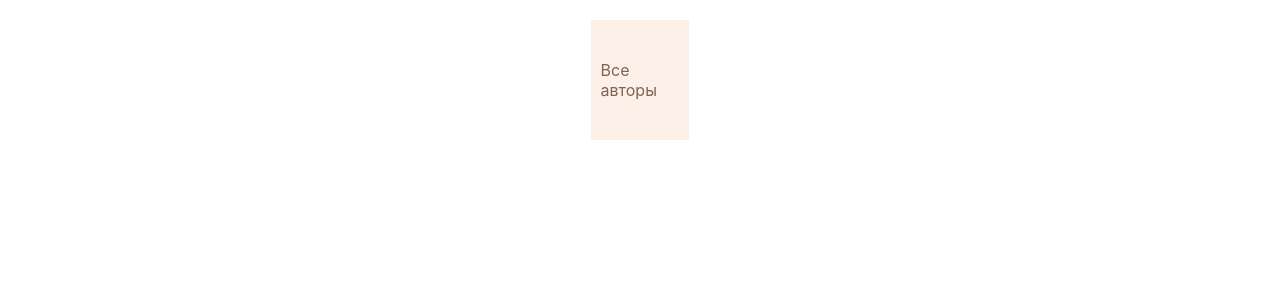
Repository: MiroslavWise/test-gallery
Page: /
These files come from the project's save history. The page is drawn as it stood at one moment and after the next save; the edit follows.
The browser window is 1280 px wide. The pictures show the whole page.
The page's requests for data from a server got no answer. The project was rebuilt for these pictures with package versions that can differ from the ones it lists, and the page was loaded fresh each time. No one was signed in, and anything a server would have sent is missing.

Above is the page before, as saved 2022-06-22 18:41:55.

### src/index.scss
$mediaDesctop: 1368px;
$mediaMobile: 1024px;

body {
  margin: 0;
  font-family: -apple-system, BlinkMacSystemFont, 'Segoe UI', 'Roboto', 'Oxygen',
    'Ubuntu', 'Cantarell', 'Fira Sans', 'Droid Sans', 'Helvetica Neue',
    sans-serif;
  -webkit-font-smoothing: antialiased;
  -moz-osx-font-smoothing: grayscale;
  display: flex;
  flex-direction: row;
  justify-content: center;
  padding-top: 20px;
}

code {
  font-family: source-code-pro, Menlo, Monaco, Consolas, 'Courier New',
    monospace;
}

.container_gallery{
  display: flex;
  flex-direction: column;
  width: 90%;
  margin: 0 5%;
  background-color: #FDF0E9;
  height: 100%;
}

.filter_buttons{
  display: inherit;
  flex-direction: row;
  flex-wrap:wrap;
  justify-content: center;
  margin: 30px 0;
}
.button{
  padding: 10px;
  color: #7F6454;
}
.container_photos{
  display: inherit;
  border-radius: 10px;
  align-items: center;
  color: black;
  flex-wrap:wrap;
  justify-content:center;
  overflow: hidden;
}

.item_photo{
  border-radius: 10px;
  margin: 15px;
  width: 370px;
  height: 416px;
  position: relative;
}
  .centered {
    padding: 5px;
    border-radius: 7px;
    background-color: rgba(white, 0.3);
    position: absolute;
    top: 70%;
    left: 5%;
    overflow: hidden;
    // transform: translate(-50%);
}
.description{
    padding: 5px;
    border-radius: 7px;
    background-color: rgba(white, 0.3);
    position: absolute;
    margin:0 5%;
    top: 80%;

    // transform: translate(-50%, -50%);
}
.active {
  box-shadow:1 ;
}


@media (max-width: $mediaMobile){
  .container_gallery{
    display: flex;
  flex-direction: column;
  width: 370px;
  margin: 0 10px 10px;
    background-color: red;
  }
 .container_photos{
  flex-wrap: nowrap;
  flex-direction: column;
 }

}

### src/App.js
import { useEffect, useState } from 'react';
import axios from 'axios'
import {PhotoGallery} from './Gallery/PhotoGallery'

function App() {
  const [albums, setAlbums] = useState([])
  const [page, setPage] = useState(1)
  console.log(albums)
  useEffect(()=>{
    axios.get(`https://api.unsplash.com/photos?page=${page}&per_page=9`,
      {
        headers:{
          Authorization: 'Client-ID nzS8A2gg-qkb_Rkk3GWVF3hqC_1-DYO7CnaOCsShYSU'
        }

      }
    )
      .then(data => {
        setAlbums([...albums ,...data?.data])
      })
      .catch(e=>{console.warn(e)})
  }, [page])

  const getPage = () => {
    setPage(page + 1)
  }
  return (
   <>
    <PhotoGallery albums={albums} getPage={getPage}/>
   </>
  );
}

export default App;

### src/Gallery/PhotoGallery.jsx
import React from 'react'

const PhotoGallery = ({albums, getPage}) => {
        const style =(img)=> {
                return{
                        backgroundImage: `url(${img})`,
                        backgroundSize: 'cover',
                        backgroundRepeat: 'no-repeat'
                }

        }
        return(
                <div className='container_gallery'>
                        <div className='filter_buttons'>
                        <div className='button'>Все авторы</div>
                                {
                                        albums.map(({user}) => {
                                                return<div className='button'>{user?.username}</div>
                                        })
                                }
                        </div>
                        <div className='container_photos'>
                                {
                                        albums.map((item, i)=>{
                                                if (i === albums?.length - 1) return <>
                                                        <div key={item?.id} className='item_photo' style={style(item?.urls?.small)}>
                                                                <div className="centered">{item?.user?.username}</div>
                                                                <div className="description">{item?.user?.bio}</div>
                                                        </div>
                                                        <div className='item_photo' onClick={getPage}>
                                                                More About
                                                        </div>
                                                </>
                                                return <div key={item?.id} className='item_photo' style={style(item?.urls?.small)}>
                                                        <div className="centered">{item?.user?.username || item?.user?.bio}</div>
                                                        <div className="description">{item?.user?.bio}</div>
                                                </div>
                                        }
                                        )
                                }
                        </div>
                </div>
        )
}

export {PhotoGallery}

Loaded but not shown: public/index.html (common file); src/index.js (common file)

After the next save:
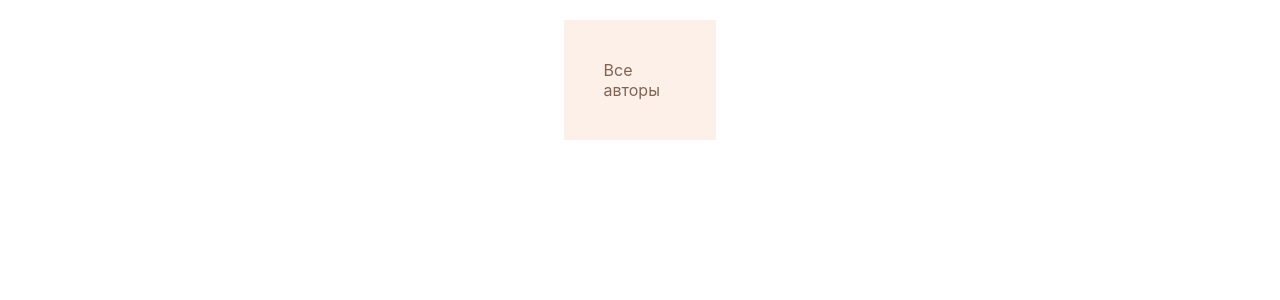
Saved 8 s later.
--- a/src/index.scss
+++ b/src/index.scss
@@ -33,7 +33,7 @@ code {
   flex-direction: row;
   flex-wrap:wrap;
   justify-content: center;
-  margin: 30px 0;
+  margin: 30px;
 }
 .button{
   padding: 10px;
